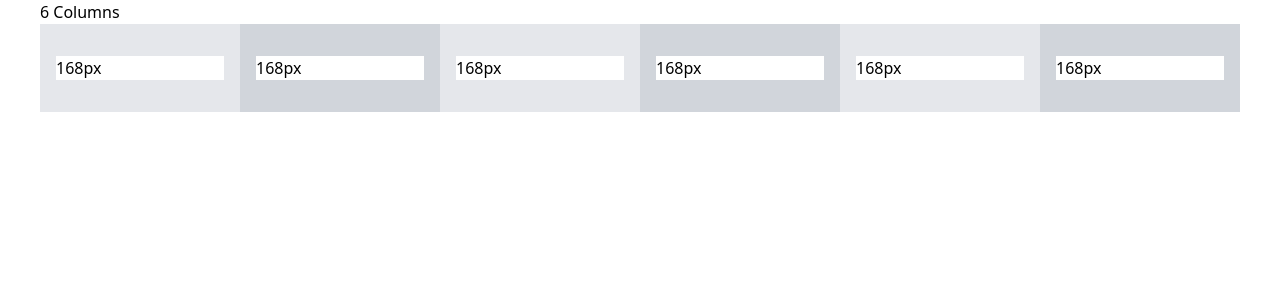
Repository: fabianwurk/vue-tailwind
Page: /
An editor plug-in stored every save of this project. The page is shown before and after the next save, followed by the edit.
The browser window is 1280 px wide. The pictures show the whole page.
The project was rebuilt for these pictures with package versions that can differ from the ones it lists, and the page was loaded fresh each time. Also part of the build but not shown: vite.config.js.

Above is the page before, as saved 2021-03-15 23:08:42.

After the next save:
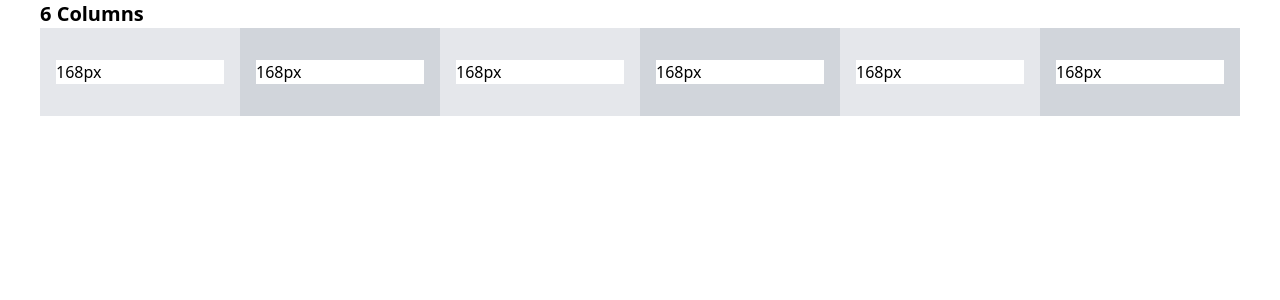
Saved 29 s later.
--- a/src/components/Tail.vue
+++ b/src/components/Tail.vue
@@ -2,7 +2,7 @@
   <div>
 
   <div class="container mx-auto">
-    <h2>6 Columns</h2>
+    <h2 class="text-xl font-bold">6 Columns</h2>
     <div class="flex items-center">
       <div class="w-1/6 bg-gray-200 py-8 px-4">
         <span class="bg-white w-full block">168px</span>
